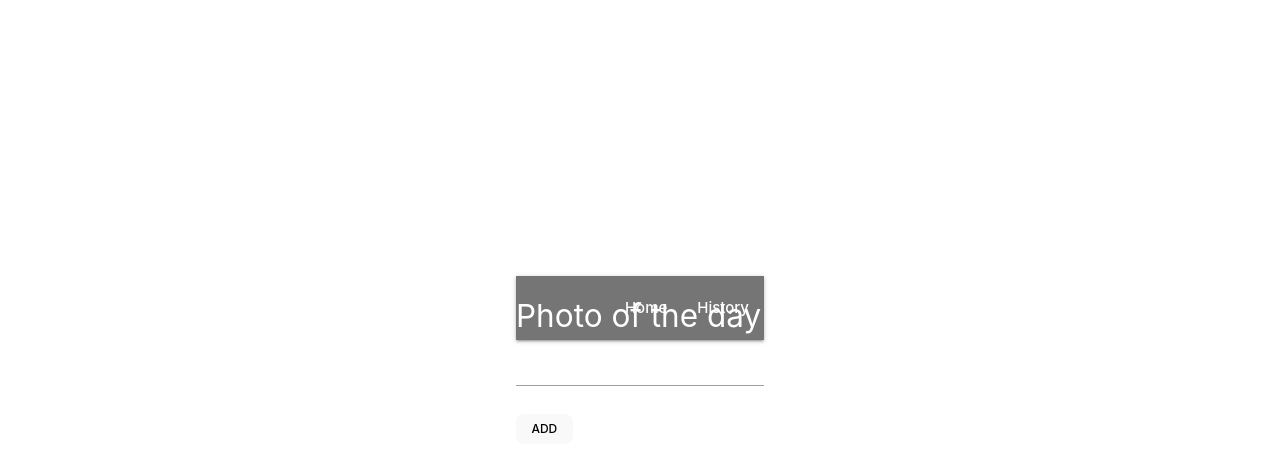
Repository: iveivs/myReactTaskManager
Page: /done
These files come from the project's save history. The page is drawn as it stood at one moment and after the next save; the edit follows.
The browser window is 1280 px wide. The pictures show the whole page.
The project was rebuilt for these pictures with package versions that can differ from the ones it lists, and the page was loaded fresh each time. Also part of the build but not shown: vite.config.js.

Above is the page before, as saved 2024-02-12 08:06:32.

After the next save:
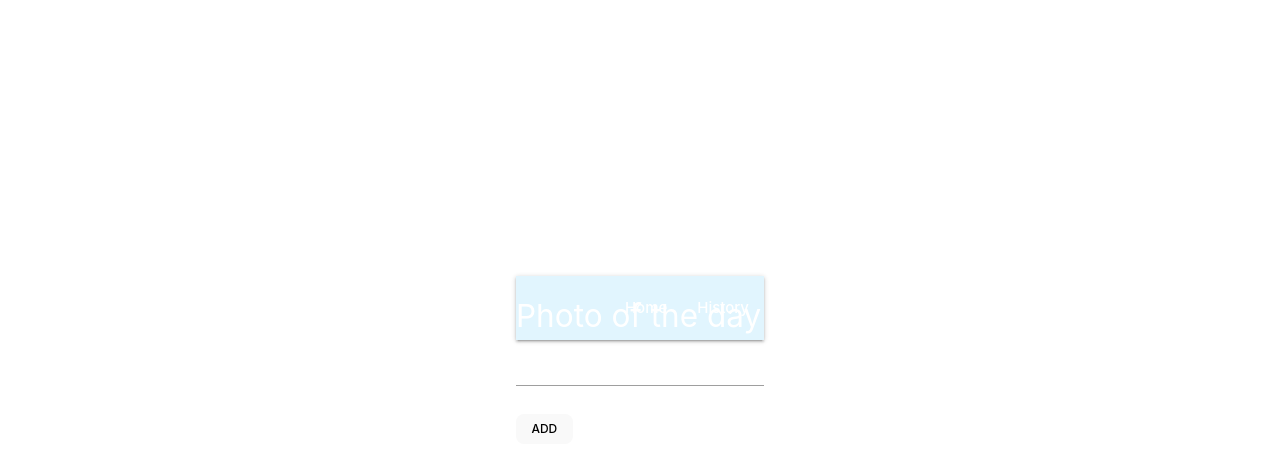
Saved 101 s later.
--- a/src/components/Header.jsx
+++ b/src/components/Header.jsx
@@ -2,7 +2,7 @@ import { Link } from "react-router-dom";
 
 export default function Header() {
     return (
-        <nav className="grey darken-1">
+        <nav className=" light-blue lighten-5">
             <div className="nav-wrapper">
                 <h4 className="brand-logo">
                     Photo of the day
